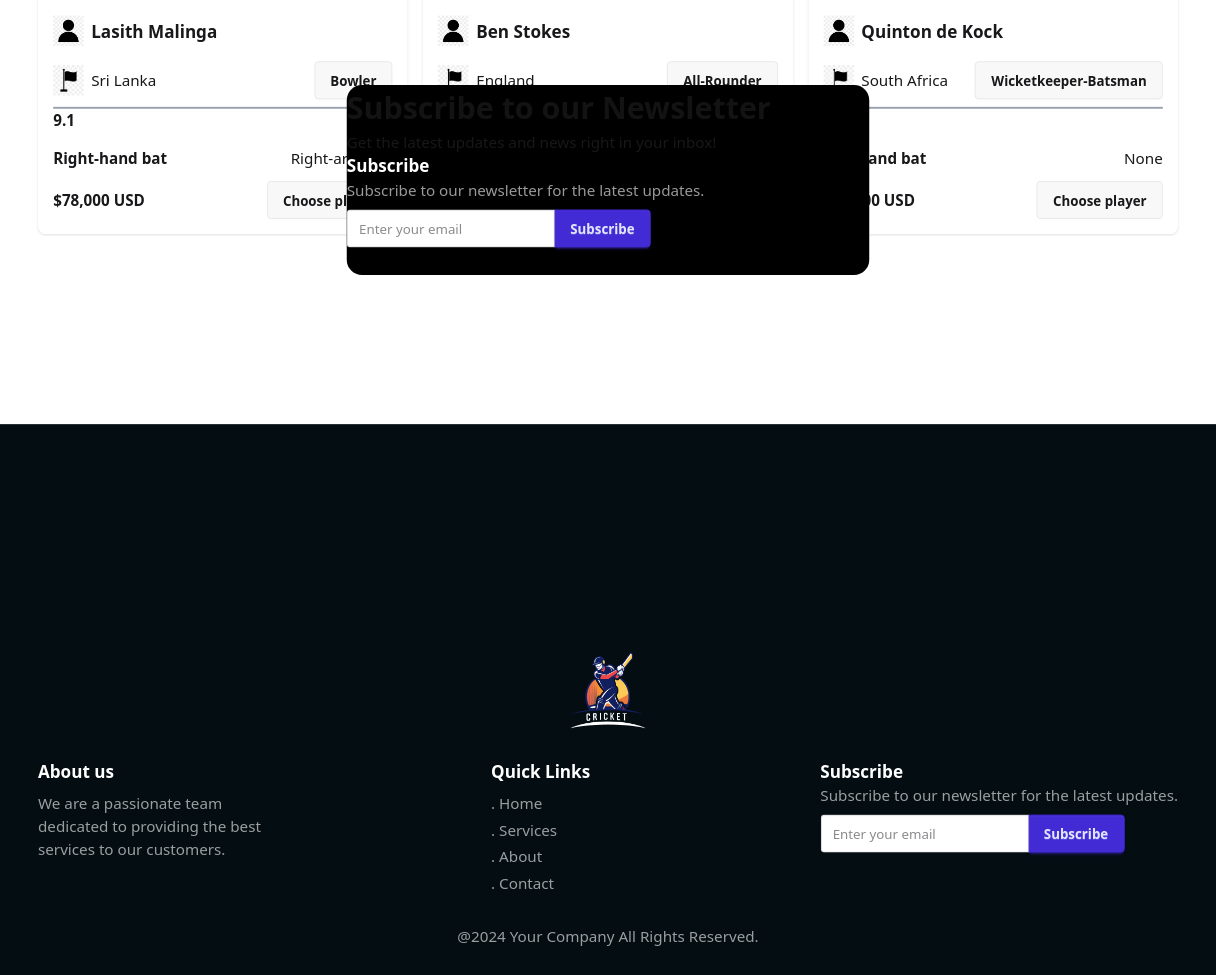
Repository: SanjidaSnigdha/Select-your-eleven
Page: /
An editor plug-in stored every save of this project. The page is shown before and after the next save, followed by the edit.
The browser window is 1280 px wide. The pictures show the part of the page from y = 2831 to 3857 px (the page is 3857 px tall), at 95% of full size.
The project was rebuilt for these pictures with package versions that can differ from the ones it lists, and the page was loaded fresh each time. Also part of the build but not shown: vite.config.js, src/App.css, src/components/SelectedCard/SelectedCard.jsx, src/components/SelectedPlayers/SelectedPlayers.jsx.

Above is the page before, as saved 2026-03-23 01:36:32.

### index.html
<!doctype html>
<html lang="en" style="color-scheme: light;">
  <head>
    <meta charset="UTF-8" />
    <link rel="icon" type="image/svg+xml" href="/favicon.svg" />
    <meta name="viewport" content="width=device-width, initial-scale=1.0" />
    <title>select-your-eleven</title>
  </head>
  <body>
    <div id="root"></div>
    <script type="module" src="/src/main.jsx"></script>
  </body>
</html>

### src/index.css
 @import "tailwindcss";
 @plugin "daisyui" {
  themes: light --default, dark --prefersdark;
  themes: light --default;
 }

### src/App.jsx

import './App.css'
import { ToastContainer } from 'react-toastify';

import AvailablePlayers from './components/AvailablePlayers/AvailablePlayers'
import SelectedPlayers from './components/SelectedPlayers/SelectedPlayers'
import Navbar from './components/Navbar/Navbar'
import { Suspense, useState } from 'react'
import Banner from './components/Banner/Banner';
import Footer from './components/Footer/Footer';
import NewsLetter from './components/NewsLetter/NewsLetter';

const fetchPlayers = async () =>{
  const res = await fetch("/players.json")
  return res.json()
}
const playersPromise = fetchPlayers()


function App() {
  const [toggle,setToggle] = useState(true)
  const [availableBalance,setAvailableBalance] = useState(600000)
  const [purchasedPlayers,setPurchasedPlayers] = useState([])
  const removePlayer = (p) =>{
    const filteredData = purchasedPlayers.filter(ply=> ply.player_name!==p.player_name)
    console.log(filteredData)
    setPurchasedPlayers(filteredData)
    setAvailableBalance(availableBalance+parseInt(p.price.split("USD").join("").
                split(",").join("")))

  }

  return (
    <>
   <Navbar availableBalance={availableBalance}></Navbar>
   <Banner></Banner>
   <div className='max-w-[1200px] mx-auto flex justify-between items-center'>
    <h1 className='font-bold text-2xl'>{
    toggle===true?"Available players":`Selected players(${purchasedPlayers.length}/6)`}</h1>
    <div className='font-bold'>
      <button onClick={()=>setToggle(true)} className={`py-3 px-4 border-1 border-gray-400 rounded-l-2xl border-r-0 ${toggle===true?"bg-[#E7FE29]":""}`}>Available</button>
      <button onClick={()=>setToggle(false)} className={`py-3 px-4 border-1 border-gray-400 rounded-r-2xl border-l-0 ${toggle===false?"bg-[#E7FE29]":""}`}>Selected <span>({purchasedPlayers.length})</span></button>
    </div>

   </div>

     {
      toggle === true?<Suspense fallback={<span className="loading loading-spinner loading-xl"></span>
}>
    <AvailablePlayers purchasedPlayers={purchasedPlayers} setPurchasedPlayers={setPurchasedPlayers} availableBalance={availableBalance} setAvailableBalance={setAvailableBalance} playersPromise={playersPromise}></AvailablePlayers>
</Suspense>:<SelectedPlayers removePlayer={removePlayer} purchasedPlayers={purchasedPlayers} setToggle={setToggle}></SelectedPlayers>

     }



      <ToastContainer></ToastContainer>
      <NewsLetter></NewsLetter>
      <Footer></Footer>

    </>
  )
}

export default App

### src/components/AvailablePlayers/AvailablePlayers.jsx
import React, { use } from 'react';

import PlayerCard from '../PlayerCard/PlayerCard';

const AvailablePlayers = ({playersPromise,setAvailableBalance,availableBalance,purchasedPlayers,setPurchasedPlayers}) => {
    const playerData = use(playersPromise)
    return (
        <div className='max-w-[1200px] mx-auto grid grid-cols-1 md:grid-cols-3 gap-4'>

            {
              playerData.map(player=><PlayerCard setPurchasedPlayers={setPurchasedPlayers} purchasedPlayers={purchasedPlayers} availableBalance={availableBalance} setAvailableBalance={setAvailableBalance} player={player}></PlayerCard>


              )
            }

        </div>
    );
};

export default AvailablePlayers;

### src/components/Navbar/Navbar.jsx
import React from 'react';
import navImg from "../../assets/logo.png"
import dollarImg from "../../assets/dollar-1.png"

const Navbar = ({availableBalance}) => {
    return (

         <div className="navbar max-w-[1200px] mx-auto">
          <div className="flex-1">
            <a className="text-xl">
              <img className="w-60px h-50px mt-4" src={navImg} alt="" />
           </a>
          </div>
          <div className='flex justify-between items-center text-gray-500 w-60 h-20 font-semibold mr-30 gap-4'>
            <a>Home</a>
            <a>Fixture</a>
            <a>Teams</a>
            <a>Schedules</a>
          </div>
          <div className="flex items-center gap-1 ml-4">
          <span className='mr-1'>{availableBalance}</span>
          <span className='mr-1'>Coin</span>
          <img className="w-5 h-5" src={dollarImg} alt="" />
         </div>
       </div>
    );

};

export default Navbar;

### src/components/Banner/Banner.jsx
import React from 'react';
import bannerImg from '../../assets/banner-main.png'

const Banner = () => {
    return (
        <div className='max-w-[1200px] mx-auto h-[475px] bg-[#131313]/90 mt-8 mb-10 rounded-3xl relative'>
           <img src={bannerImg} alt="" className='w-2/12 mx-auto p-10'/>
           <div>
            <h1 className='font-bold w-[970px] h-[60px] text-[#FFFFFF] w-2/12 mx-auto text-center mt-2 text-xl'>Assemble Your Ultimate Dream 11 Cricket Team</h1>
            <p className='text-[#FFFFFF]/70 text-center'>Beyond Boundaries Beyond Limits</p>
            <button className='btn border-amber-400 p-1 flex mt-8 rounded-xl font-bold bg-[#E7FE29] w-2/12 mx-auto text-center items-center'>Claim Free Credit</button>
           </div>
        </div>

    );
};

export default Banner;

### src/components/Footer/Footer.jsx
import React from 'react';
import footerImg from "../../assets/logo-footer.png"

const Footer = () => {
    return (
        <footer className="bg-[#040D11] text-base-content p-10 mt-50 w-full h-[580px] relative">
            {/* Footer Image */}
            <div className='flex justify-center mt-50'>
            <img src={footerImg} alt="" className='w-20 h-20 mb-8'/>
            </div>
   <div className='flex flex-col md:flex-row justify-between gap-8'>
    <div>
    <h6 className="font-semibold text-[18px] text-[#FFFFFF]">About us</h6>
    <p className='mt-2 text-[#FFFFFF]/60'>We are a passionate team<br></br>dedicated to providing the best <br></br> services to our customers.</p>

  </div>
  <div className='text-[#FFFFFF]'>
    <h6 className="font-semibold text-[18px]">Quick Links</h6>
    <div className='flex flex-col mt-2 gap-1 text-[#FFFFFF]/60'>
    <a className="link link-hover">. Home</a>
    <a className="link link-hover">. Services</a>
    <a className="link link-hover">. About</a>
    <a className="link link-hover">. Contact</a>
    </div>
  </div>

  <form>
    <h6 className="text-[#FFFFFF] font-semibold text-[18px]">Subscribe</h6>
    <p className='text-[#FFFFFF]/60'>Subscribe to our newsletter for the latest updates.</p>
    <fieldset className="w-80">
      <div className="join mt-2">
        <input
          type="text"
          placeholder="Enter your email"
          className="input input-bordered join-item" />
        <button className="btn btn-primary join-item">Subscribe</button>
      </div>
    </fieldset>
  </form>

  </div>
  <div className='text-center'>
     <p className='text-[#FFFFFF]/60 mt-8'>@2024 Your Company All Rights Reserved.</p>
</div>
</footer>
    );
};

export default Footer;

### src/components/NewsLetter/NewsLetter.jsx
import React from 'react';

const NewsLetter = () => {
    return (
        <div className='w-[550px] h-[200px] rounded-2xl bg-black absolute -bottom-600 left-1/2 transform -translate-x-1/2 z-10'>
            <h1 className='font-bold text-[32px] text-[#131313]'>Subscribe to our Newsletter</h1>
            <p className='bg-[#131313]70'>Get the latest updates and news right in your inbox!</p>
             <form>
    <h6 className="text-[#FFFFFF] font-semibold text-[18px]">Subscribe</h6>
    <p className='text-[#FFFFFF]/60'>Subscribe to our newsletter for the latest updates.</p>
    <fieldset className="w-80">
      <div className="join mt-2">
        <input
          type="text"
          placeholder="Enter your email"
          className="input input-bordered join-item" />
        <button className="btn btn-primary join-item">Subscribe</button>
      </div>
    </fieldset>
  </form>

        </div>
    );
};

export default NewsLetter;

### src/components/PlayerCard/PlayerCard.jsx
import React, { useState } from 'react';
import userImg from "../../assets/man.png"
import flagImg from "../../assets/flag.jpg"
import { toast } from 'react-toastify';

const PlayerCard = ({player,setAvailableBalance,availableBalance,purchasedPlayers,setPurchasedPlayers}) => {
    const [isSelected,setIsSelected] = useState(false)

    const handleSelected = (playerData) =>{
        const playerPrice = parseInt(playerData.price.split("USD").join("").
                split(",").join(""))
                if(availableBalance<playerPrice){
                    toast("Not enough coins!!")
                    return
                }
                if(purchasedPlayers.length===6){
                    toast("6 players already selected")
                    return
                }

         setIsSelected(true)
                setAvailableBalance(availableBalance - playerPrice);
                setPurchasedPlayers([...purchasedPlayers,playerData])


    };
    return (
                        <div className="card bg-base-100 shadow-sm p-4">
         <figure className="px-10 pt-10">
           <img
             src={player.player_image}
             alt="Shoes"
             className='w-full h-[280px] object-cover'
              />
         </figure>
         <div className="mt-4">
           <div className='flex'>
               <img className='w-8 h-8' src={userImg} alt="" /><h2 className='card-title ml-2'>{player.player_name}</h2>
           </div>
           <div className='flex justify-between mt-4 border-b-2 border-gray-400 pb-2'>
       <div className='flex items-center'>
           <img className='w-8 h-8' src={flagImg} alt="" />
           <span className='ml-2'>{player.player_country}</span>
           </div>
           <button className='btn'>{player.playing_role}</button>
           </div>
       <div className='flex justify-between font-bold'>
           <span>{player.rating}</span>

       </div>
       <div className='flex justify-between mt-4'>
           <span className='font-bold'>{player.bating_style}</span>
           <span>{player.bowling_style}</span>
       </div>

           <div className="card-actions mt-3 flex justify-between items-center">
               <p className='font-bold'>${player.price}</p>
             <button disabled={isSelected} onClick={()=>{handleSelected(player)

             }} className="btn">{isSelected===true?"Selected":"Choose player"}</button>
           </div>
         </div>
       </div>
    );
};

export default PlayerCard;

### public/players.json
[
  {
    "player_image": "https://i.ibb.co.com/CKt7DdsZ/shakib-al-hasan-smiling-8olow941lckcha6b.jpg",
    "player_name": "Shakib Al Hasan",
    "player_country": "Bangladesh",
    "playing_role": "All-Rounder",
    "rating": 9.5,
    "bating_style": "Left-hand bat",
    "bowling_style": "Slow left-arm orthodox",
    "price": "75,000 USD"
  },
  {
    "player_image": "https://i.ibb.co.com/WWKnGkNs/Faf-du-Plessis.jpg",
    "player_name": "Faf du Plessis",
    "player_country": "South Africa",
    "playing_role": "Batsman",
    "rating": 9.0,
    "bating_style": "Right-hand bat",
    "bowling_style": "Right-arm medium",
    "price": "70,000 USD"
  },
  {
    "player_image": "https://i.ibb.co.com/XZxnnz3F/Rashid-Khan.jpg",
    "player_name": "Rashid Khan",
    "player_country": "Afghanistan",
    "playing_role": "Bowler",
    "rating": 9.8,
    "bating_style": "Right-hand bat",
    "bowling_style": "Right-arm leg spin",
    "price": "85,000 USD"
  },
  {
    "player_image": "https://i.ibb.co.com/4w5xgSNn/liton-das.jpg",
    "player_name": "Liton Das",
    "player_country": "Bangladesh",
    "playing_role": "Wicketkeeper-Batsman",
    "rating": 8.7,
    "bating_style": "Right-hand bat",
    "bowling_style": "None",
    "price": "60,000 USD"
  },
  {
    "player_image": "https://i.ibb.co.com/391gsfv8/Andre-Russell.jpg",
    "player_name": "Andre Russell",
    "player_country": "West Indies",
    "playing_role": "All-Rounder",
    "rating": 9.6,
    "bating_style": "Right-hand bat",
    "bowling_style": "Right-arm fast",
    "price": "90,000 USD"
  },
  {
    "player_image": "https://i.ibb.co.com/67D8FvCn/Mustafizur-Rahman.webp",
    "player_name": "Mustafizur Rahman",
    "player_country": "Bangladesh",
    "playing_role": "Bowler",
    "rating": 8.9,
    "bating_style": "Left-hand bat",
    "bowling_style": "Left-arm fast-medium",
    "price": "65,000 USD"
  },
  {
    "player_image": "https://i.ibb.co.com/h1wRWkVC/David-Warner.jpg",
    "player_name": "David Warner",
    "player_country": "Australia",
    "playing_role": "Batsman",
    "rating": 9.4,
    "bating_style": "Left-hand bat",
    "bowling_style": "Right-arm leg spin",
    "price": "95,000 USD"
  },
  {
    "player_image": "https://i.ibb.co.com/0VsmTGGY/Sunil-Narine.jpg",
    "player_name": "Sunil Narine",
    "player_country": "West Indies",
    "playing_role": "All-Rounder",
    "rating": 9.2,
    "bating_style": "Left-hand bat",
    "bowling_style": "Right-arm off spin",
    "price": "80,000 USD"
  },
  {
    "player_image": "https://i.ibb.co.com/HpkRbDz3/Babar.png",
    "player_name": "Babar Azam",
    "player_country": "Pakistan",
    "playing_role": "Batsman",
    "rating": 9.3,
    "bating_style": "Right-hand bat",
    "bowling_style": "None",
    "price": "92,000 USD"
  },
  {
    "player_image": "https://i.ibb.co.com/dsk08w2x/Lasith-Malinga1.jpg",
    "player_name": "Lasith Malinga",
    "player_country": "Sri Lanka",
    "playing_role": "Bowler",
    "rating": 9.1,
    "bating_style": "Right-hand bat",
    "bowling_style": "Right-arm fast",
    "price": "78,000 USD"
  },
  {
    "player_image": "https://i.ibb.co.com/s9vHr4tS/Ben-Stokes.png",
    "player_name": "Ben Stokes",
    "player_country": "England",
    "playing_role": "All-Rounder",
    "rating": 9.7,
    "bating_style": "Left-hand bat",
    "bowling_style": "Right-arm fast-medium",
    "price": "100,000 USD"
  },
  {
    "player_image": "https://i.ibb.co.com/gFhPmT1c/Quinton-de-Kock1.jpg",
    "player_name": "Quinton de Kock",
    "player_country": "South Africa",
    "playing_role": "Wicketkeeper-Batsman",
    "rating": 9.0,
    "bating_style": "Left-hand bat",
    "bowling_style": "None",
    "price": "88,000 USD"
  }
]

Loaded but not shown: src/main.jsx (common file)

After the next save:
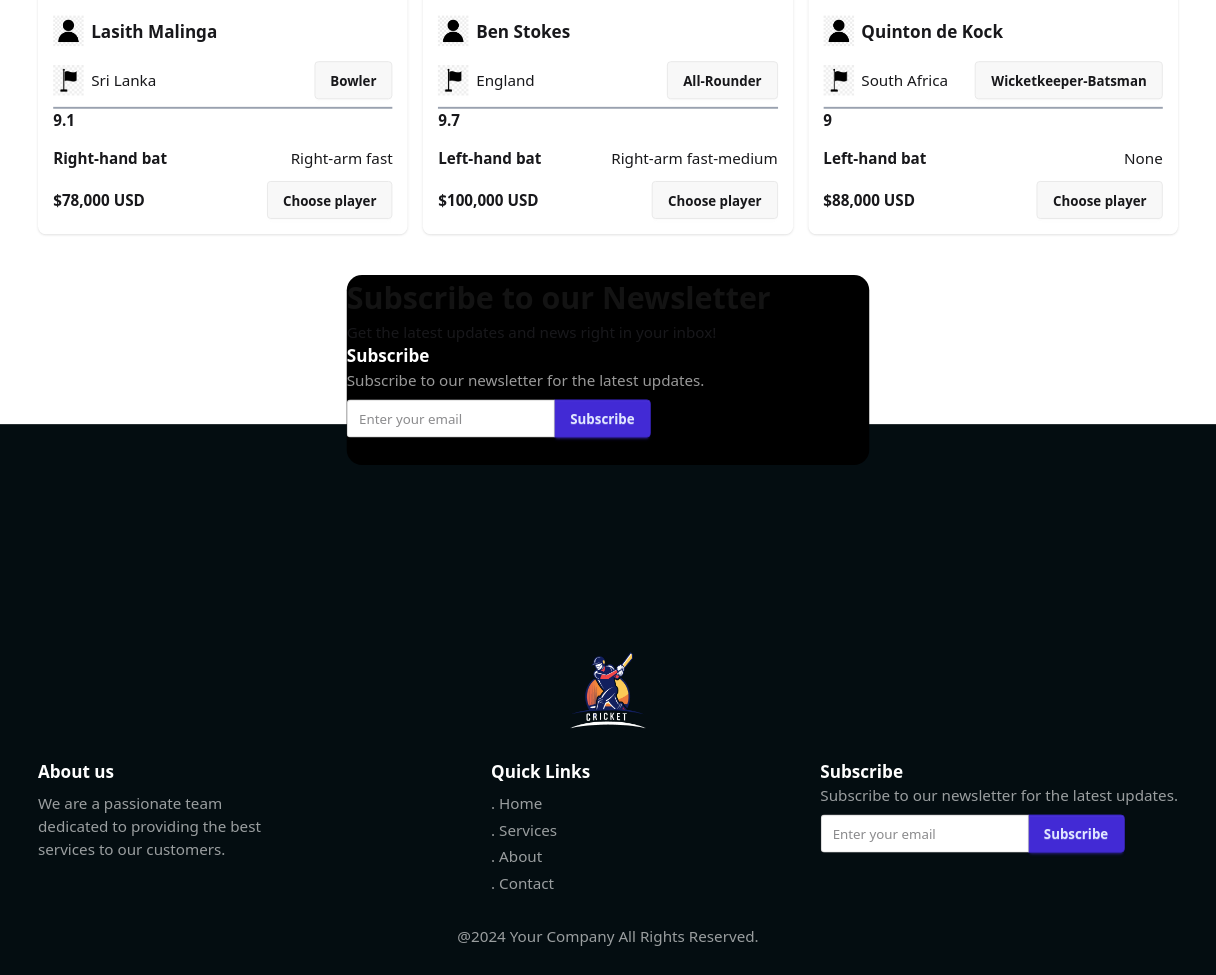
Saved 15 s later.
--- a/src/components/NewsLetter/NewsLetter.jsx
+++ b/src/components/NewsLetter/NewsLetter.jsx
@@ -2,7 +2,7 @@
 
 const NewsLetter = () => {
     return (
-        <div className='w-[550px] h-[200px] rounded-2xl bg-black absolute -bottom-600 left-1/2 transform -translate-x-1/2 z-10'>
+        <div className='w-[550px] h-[200px] rounded-2xl bg-black absolute -bottom-650 left-1/2 transform -translate-x-1/2 z-10'>
             <h1 className='font-bold text-[32px] text-[#131313]'>Subscribe to our Newsletter</h1>
             <p className='bg-[#131313]70'>Get the latest updates and news right in your inbox!</p>
              <form>
